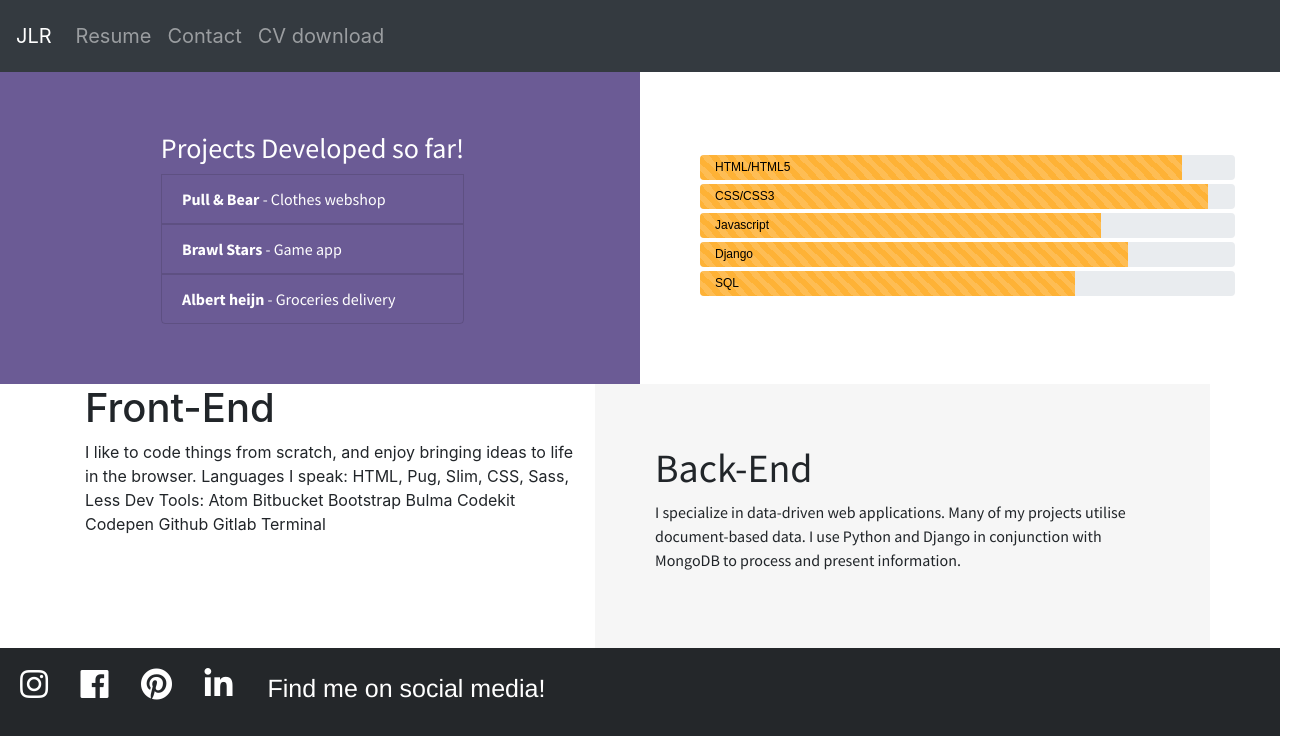
Repository: Kawaiisaki/Portfolio-site
Page: resume.html
The author's editor kept a record of every edit. The page is drawn from the files as they stood at one moment, then again after the next edit.
The browser window is 1280 px wide. The page is 1295 px wide, so the pictures cover 1295 px, including what lies to the right of the window. The pictures show the whole page.
Some web libraries are served in a nearby version.

Above is the page before.

### resume.html
<!DOCTYPE html>
<html lang="en">

<head>
    <meta charset="UTF-8">
    <meta name="viewport" content="width=device-width, initial-scale=1.0">
    <meta http-equiv="X-UA-Compatible" content="ie=edge">
    <link rel="stylesheet" href="https://maxcdn.bootstrapcdn.com/bootstrap/4.2.1/css/bootstrap.min.css" type="text/css" />
    <link rel="stylesheet" href="https://use.fontawesome.com/releases/v5.0.10/css/all.css" integrity="sha384-+d0P83n9kaQMCwj8F4RJB66tzIwOKmrdb46+porD/OvrJ+37WqIM7UoBtwHO6Nlg" crossorigin="anonymous">
    <link rel="stylesheet" href="https://cdnjs.cloudflare.com/ajax/libs/hover.css/2.3.1/css/hover-min.css" type="text/css" />
    <link rel="stylesheet" href="assets/css/style.css" type="text/css" />
    <title>Resume</title>
</head>

<body>
    <header>

        <nav class="navbar sticky-top navbar-expand-lg navbar-dark bg-dark">
            <a class="navbar-brand" href="index.html">JLR</a>
            <button class="navbar-toggler" type="button" data-toggle="collapse" data-target="#navbarSupportedContent" aria-controls="navbarSupportedContent" aria-expanded="false" aria-label="Toggle navigation">
    <span class="navbar-toggler-icon"></span>
  </button>

            <div class="collapse navbar-collapse" id="navbarSupportedContent">
                <ul class="navbar-nav navbar-brand mr-auto">
                    <li class="nav-item">
                        <a class="nav-link" href="resume.html">Resume</a>
                    </li>
                    <li class="nav-item">
                        <a class="nav-link" href="contact.html">Contact</a>
                    </li>
                    <li class="nav-item">
                        <a class="nav-link" href="#">CV download</a>
                    </li>
                </ul>
            </div>
        </nav>
    </header>
    <section>
        <div class="container-fluid">
            <div class="row">
                <div class="col projects">
                    <h3 class="text-center">Projects Developed so far!</h3>
                    <div class="container project-list">
                        <a class="list-group list-group-flush">
                            <a href="https://www.pullandbear.com/" target="_blank" class="list-group-item project-item"><strong>Pull & Bear</strong> - Clothes webshop</a>
                        <a href="https://play.google.com/store/apps/details?id=com.supercell.brawlstars&gl=NL" target="_blank" class="list-group-item project-item"><strong>Brawl Stars</strong> - Game app</a>
                        <a href="https://www.ah.nl/?gclid=CjwKCAiAqqTuBRBAEiwA7B66hWiQgrnYQJU3PeLNCPiqaegNcN4MoA1vTRGlp7dA6K88ZnaGVRotXBoCbbMQAvD_BwE&gclsrc=aw.ds" target="_blank" class="list-group-item project-item"><strong>Albert heijn</strong> - Groceries delivery</a>
                        </ul>
                    </div>
                </div>
                <div class="col bar-skills">
                    <div class="progress">
                        <div class="progress-bar progress-bar-striped" role="progressbar" style="width: 90%" aria-valuenow="90" aria-valuemin="0" aria-valuemax="100"></div>
                        <span class="progres-skill">HTML/HTML5</span>
                    </div>
                    <div class="progress">
                        <div class="progress-bar progress-bar-striped" role="progressbar" style="width: 95%" aria-valuenow="95" aria-valuemin="0" aria-valuemax="100"></div>
                        <span class="progres-skill">CSS/CSS3</span>
                    </div>
                    <div class="progress">
                        <div class="progress-bar progress-bar-striped" role="progressbar" style="width: 75%" aria-valuenow="75" aria-valuemin="0" aria-valuemax="100"></div>

                        <span class="progres-skill">Javascript</span></div>
                    <div class="progress">
                        <div class="progress-bar progress-bar-striped" role="progressbar" style="width: 80%" aria-valuenow="80" aria-valuemin="0" aria-valuemax="100"></div>
                        <span class="progres-skill">Django</span>
                    </div>
                    <div class="progress">
                        <div class="progress-bar progress-bar-striped" role="progressbar" style="width: 70%" aria-valuenow="70" aria-valuemin="0" aria-valuemax="100"></div>
                        <span class="progres-skill">SQL</span>
                    </div>
                </div>
            </div>
        </div>
    </section>
    <section>
        <div class="container">
            <div class="row">
                <div class="col fron-end">
                    <h1>Front-End</h1>
                    <p>I like to code things from scratch, and enjoy bringing ideas to life in the browser. Languages I speak: HTML, Pug, Slim, CSS, Sass, Less Dev Tools: Atom Bitbucket Bootstrap Bulma Codekit Codepen Github Gitlab Terminal
                    </p>
                </div>
                <div class="col back-end">
                    <h1>Back-End</h1>
                    <p>I specialize in data-driven web applications. Many of my projects utilise document-based data. I use Python and Django in conjunction with MongoDB to process and present information.</p>
                </div>
            </div>
    </section>
    <footer>
        <div class="container-fluid social-icons">
            <div class="row no-gutters ">
                <div class="col-md-auto">
                    <ul class="list-inline social-media-icons">
                        <li class="list-inline-item">
                            <a target="_blank" href="https://www.instagram.com/thekawaiisaki/">
                                <i class="fab fa-instagram fa-2x" aria-hidden="true"></i>
                                <span class="sr-only">Instagram</span>
                            </a>
                        </li>
                        <li class="list-inline-item">
                            <a target="_blank" href="https://www.facebook.com/joellojedorosso">
                                <i class="fab fa-facebook fa-2x"  aria-hidden="true"></i>
                                <span class="sr-only">Facebook</span>
                            </a>
                        </li>
                        <li class="list-inline-item">
                            <a target="_blank" href="https://nl.pinterest.com/jlojedorosso/">
                                <i class="fab fa-pinterest fa-2x" aria-hidden="true"></i>
                                <span class="sr-only">Pinterest</span>
                            </a>
                        </li>
                        <li class="list-inline-item">
                            <a target="_blank" href="https://www.linkedin.com/in/joellojedorosso/">
                                <i class="fab fa-linkedin-in fa-2x" aria-hidden="true"></i>
                                <span class="sr-only">Instagram</span>
                            </a>
                        </li>
                    </ul>
                </div>
                <div class="col">
                    <div>
                        <h3 class="social-text">Find me on social media!</h3>
                    </div>
                </div>
            </div>
        </div>
    </footer>
</body>

</html>

### assets/css/style.css
@import url('https://fonts.googleapis.com/css?family=Source+Sans+Pro:100,200,300,400,500,600,700,800,900&display=swap');

.container-fluid {
  padding-left: 0;
  padding-right: 0;
}

/*---------------------------------------Callout*/

.callout-container {
  height: 88vh;

  background: url('../images/joelgrey.jpg') no-repeat center center fixed;
  -webkit-background-size: cover;
  -moz-background-size: cover;
  -o-background-size: cover;
  background-size: cover;

  display: flex;
  align-items: center;
  justify-content: center;

  position: relative;
}

.transparant-overlay {
  position: absolute;
  top: 0;
  left: 0;
  width: 100%;
  height: 100%;
  background-color: rgba(0, 0, 0, 0.4)
}

.jumbotron {
  background-color: transparent;
}

.name {
  font-family: "Source Sans Pro", sans-serif;
  color: white;
  font-weight: 400;
  margin-bottom: 10px;
  text-shadow: 2px 2px rgba(0, 0, 0, 0.5);
}

.lead {
  color: #ffffff;
  margin: 10px;
  text-decoration: overline;
  text-shadow: 2px 2px rgba(0, 0, 0, 0.5);
}

.fa-code {
  color: #fff;
  text-shadow: 2px 2px rgba(0, 0, 0, 0.5);
}

/*---------------------------------------About-Personal-*/

.about-container {
  height: 50vh;

  background: url('../images/laptop.jpg') no-repeat center center fixed;
  -webkit-background-size: cover;
  -moz-background-size: cover;
  -o-background-size: cover;
  background-size: cover;

  display: flex;
  align-items: center;
  justify-content: center;

  position: relative;
}

.subtitle {
  margin-left: 30px;
  font-family: "helvetica", sans-serif;
  font-weight: 200;
}

.key {
  font-family: "Source Sans Pro", sans-serif;
  padding-left: 30px;
  display: inline-block;
  font-size: 20px;
  width: 33%;
  vertical-align: top;
}

.value {
  display: inline-block;
  font-size: 15px;
  width: 33%;
}

.personal-info {
  padding: 20px;
  background-color: #feb236;
  display: block;
  clear: both;
}


.introduction {
  padding: 20px;
  background-color: #fff;
}

.introduction p {
  margin-left: 30px;
}

.about-me {
  font-family: "Source Sans Pro", sans-serif;
  margin-left: 30px;
}

.fa-user,
.fa-address-card {
  padding-left: 20px;
}

.fa-user {
  color: #feb236;
}

.introduction a {
  margin-left: 30px;
}

/*---------------------------------------Footer*/

.social-text {
  color: #fff;
  font-family: "Helvetica", sans-serif;
  font-weight: 400;
  font-size: 25px;
  padding-top: 15px;
  padding-left: 25px;
}

footer {
  background-color: #24272a;
  min-height: 50px;
  padding: 10px;
}

.social-media-icons li i {
  color: #fff;
  margin: 10px;
}

/*---------------------------------------Additional*/

.uppercase {
  text-transform: uppercase;
}

/*---------------------------------------About page*/

.fa-file-code,
.fa-cogs,
.fa-tasks {
  padding-left: 20px;
}

.white-text {
  color: #fff;
}

/*---------------------------------------About bg colors*/

.what-bg-color {
  background-color: #6b5b95;
}

.how-bg-color {
  background-color: #fff;
}

.why-bg-color {
  background-color: #feb236;
}

/*---------------------------------------Resume page*/

.projects {
  background-color: #6b5b95;
  color: #fff;
  font-family: "Source Sans Pro", sans-serif;
  max-width: 50%;
  padding: 60px;
}

.list-group-item {
  background-color: transparent;
}

.project-item {
  color: #fff;
  text-decoration: none;
  max-width: 60%;
  margin: auto;
}

.project-item:hover {
  text-decoration: none;
  color: #feb236;
}

.front-end,
.back-end {
  font-family: "Source Sans Pro", sans-serif;
  padding: 60px;
}

.back-end {
  background-color: #f6f6f6;
}

.fa-laptop {
  padding-left: 20px;
}

/*---------------------------------------Progress bars*/

.skill-progression {
  font-family: "Source Sans Pro", sans-serif;
}

.progress {
  position: relative;
  margin-bottom: 4px;
  height: 25px;
}

.progres-skill {
  font-family: "Sans Source Pro", sans-serif;
  position: absolute;
  left: 5px;
  font-weight: 400;
  padding: 3px 30px 2px 10px;
  color: #000;
}

.bar-skills {
  margin: auto;
  max-width: 80%;
  padding: 60px;
}

.progress-bar-striped {
  background-color: #feb236;
}

/*---------------------------------------contact page*/

.contact-heading {
  margin: 50px;
}

.contact-title,
.contact-me {
  font-family: "Source Sans Pro", sans-serif;
}

.contact-title {
  font-weight: 200;
}

.btn-primary {
  background-color: #feb236;
  color: #000;
}

button {
  margin: 20px;
}

.form-placement {
  padding-top: 20px;
  max-width: 40%;
  margin: auto;
}

After the next edit:
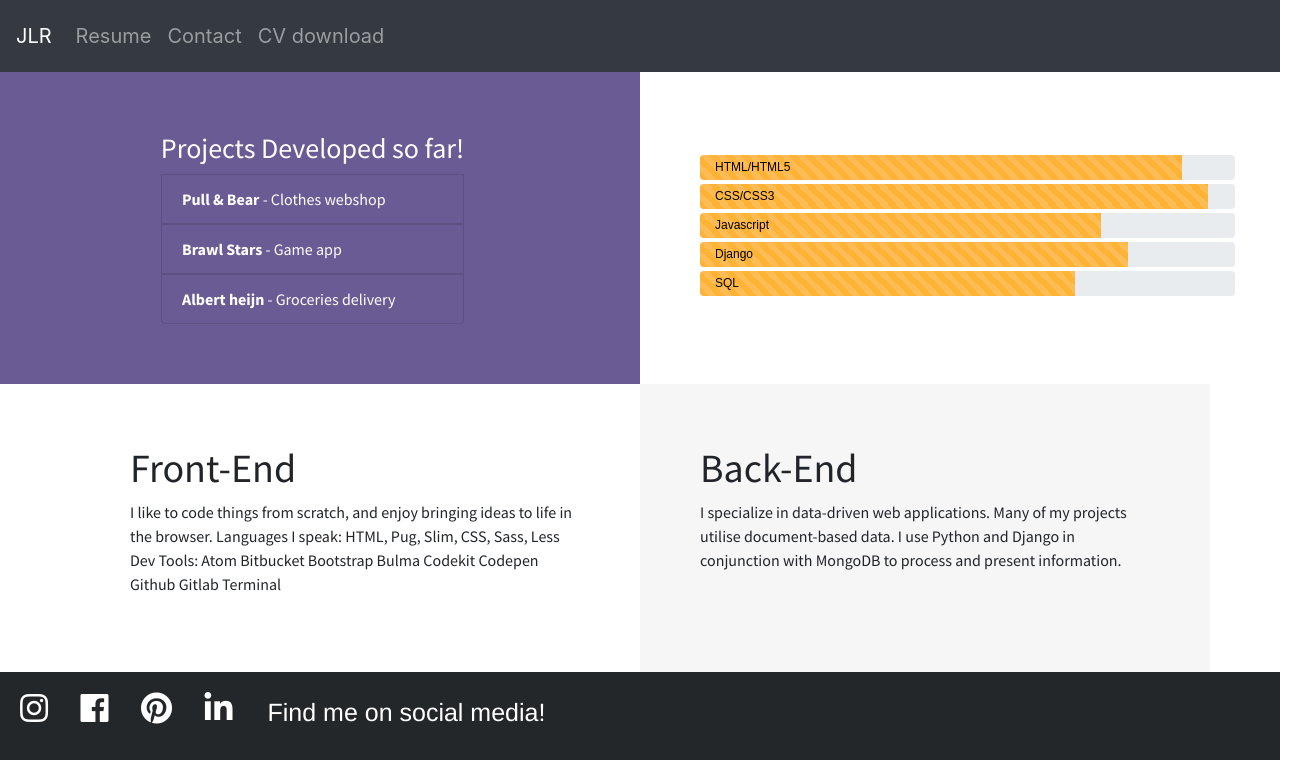
The edit:
--- a/resume.html
+++ b/resume.html
@@ -77,7 +77,7 @@
     <section>
         <div class="container">
             <div class="row">
-                <div class="col fron-end">
+                <div class="col front-end">
                     <h1>Front-End</h1>
                     <p>I like to code things from scratch, and enjoy bringing ideas to life in the browser. Languages I speak: HTML, Pug, Slim, CSS, Sass, Less Dev Tools: Atom Bitbucket Bootstrap Bulma Codekit Codepen Github Gitlab Terminal
                     </p>
